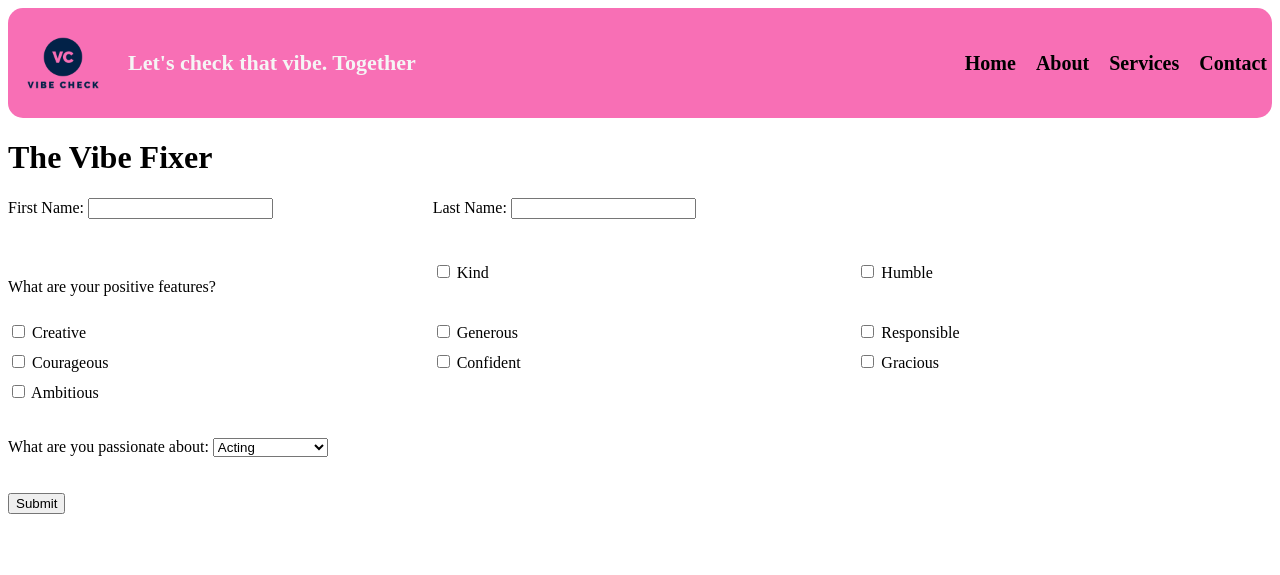
Repository: Chadloswald/Dis-Service
Page: docs/index.html
These files come from the project's save history. The page is drawn as it stood at one moment and after the next save; the edit follows.
The browser window is 1280 px wide. The pictures show the whole page.

Above is the page before, as saved 2023-05-02 10:57:23.

### docs/index.html
<!DOCTYPE html>
<html>
<head>
	<title>Dis-Service</title>
	<link rel="stylesheet" type="text/css" href="styles.css">
	<script src="scripts.js"></script>
</head>
<body>
	<header>
		<div class="logo">
		  <img src="logo.jpeg" alt="Logo">
		  <h1>Let's check that vibe. Together</h1>
		</div>
		<nav>
		  <ul>
			<li><a href="#">Home</a></li>
			<li><a href="#">About</a></li>
			<li><a href="#">Services</a></li>
			<li><a href="#">Contact</a></li>
		  </ul>
		</nav>
	  </header>
	<h1>The Vibe Fixer</h1>

	<form>
	<div id="checkbox-grid">
		<label>
			First Name:
			<input type="text" name="firstname" id="firstname">
		</label>
		<label>
			Last Name:
			<input type="text" name="lastname" id="lastname">
		</label>
		<br><br><br>
		<!-- ----------------------------------------- -->
		<p>What are your positive features?</p>
		<label>
			<input type="checkbox" name="option1" value="cruel">
			Kind
		</label>
		<label>
			<input type="checkbox" name="option2" value="arrogant">
			Humble
		</label>
		<label>
			<input type="checkbox" name="option3" value="mundane">
			Creative
		</label>
		<label>
			<input type="checkbox" name="option4" value="greedy">
			Generous
		</label>
		<label>
			<input type="checkbox" name="option5" value="irressponsible">
			Responsible
		</label>
		<label>
			<input type="checkbox" name="option6" value="cowardly">
			Courageous
		</label>
		<label>
			<input type="checkbox" name="option7"value="insecure">
			Confident
		</label>
		<label>
			<input type="checkbox" name="option8" value="ungrateful">
			Gracious
		</label>
		<label>
			<input type="checkbox" name="option9" value="apathetic">
			Ambitious
		</label>
	</div>
	<br><br>
		<!-- ------------------------------------------------- -->
		<label>
			What are you passionate about:
			<select id="dropdown">
				<option value="you on stage makes Kristen Stewart's performance in Twilight look Oscar worthy">Acting</option>
				<option value="we checked your chart and your big three are all in ugly">Astrology</option>
				<option value="the next time you get our your telescope I'm going to shine a flashlight right down the tube">Astronomy</option>
				<option value="that bottom is so soggy that Paul Hollywood would never shake your hand">Baking</option>
				<option value="I'm sure your 12 followers are just riveted">Blogging</option>
				<option value="option5">Calligraphy</option>
				<option value="option6">Ceramics</option>
				<option value="option7">Chess</option>
				<option value="option8">Collecting</option>
				<option value="it's called salt! Try using it sometime">Cooking</option>
				<option value="option10">Dancing</option>
				<option value="option10">Drawing</option>
				<option value="option10">Film-making</option>
				<option value="option10">Gardening</option>
				<option value="option10">Hiking</option>
				<option value="option10">Jewelry-making</option>
				<option value="option10">Knitting</option>
				<option value="option10">Meditation</option>
				<option value="option10">Music</option>
				<option value="option10">Painting</option>
				<option value="option10">Photography</option>
				<option value="option10">Playing sports</option>
				<option value="option10">Pottery</option>
				<option value="option10">Reading</option>
				<option value="option10">Running</option>
				<option value="option10">Singing</option>
				<option value="option10">Traveling</option>
				<option value="option10">Volunteering</option>
				<option value="option10">Woodworking</option>
				<option value="option10">Writing</option>
				<option value="option10">Yoga</option>
			</select>
		</label>
		<br><br>
		<input type="submit" value="Submit" onclick="displayMessage()">
	</form>
</body>
</html>

### docs/styles.css
label {
	display: block;
}

#checkbox-grid {
	display: grid;
	grid-template-columns: repeat(3, 1fr);
	grid-gap: 10px;
  }

  #checkbox-grid label {
	display: block;
  }

  header {
	background-color: #f86fb5;
	color: whitesmoke;
	display: flex;
	justify-content: space-between;
	align-items: center;
	padding: 5px;
	border-radius: 15px;
  }

  header h1 {
	font-size: 22px;
  }

  .logo {
	display: flex;
	align-items: center;
  }

  .logo img {
	height: 100px;
	margin-right: 15px;
  }

  nav ul {
	display: flex;
	list-style: none;
  }

  nav li {
	margin-left: 20px;
  }

  nav a {
	color: black;
	text-decoration: none;
	font-weight: bold;
	font-size: 20px;
  }

### docs/scripts.js
function displayMessage() {
	// get the values of the input fields
	var firstname = document.getElementById("firstname").value;
	var lastname = document.getElementById("lastname").value;

	// get the values of the selected checkboxes
	var checkboxes = document.querySelectorAll('input[type="checkbox"]:checked');
	var selected = [];
	for (var i = 0; i < checkboxes.length; i++) {
		selected.push(checkboxes[i].value);
	}

	// get the value of the selected option in the dropdown menu
	var dropdown = document.getElementById("dropdown");
	var selectedOption = dropdown.options[dropdown.selectedIndex].value;

	// create an array of names
	var names = ["Smellward", "Poopington", "Fartsman", "Cheesewick", "McLoser", "Hoobitoob", "Cramsworth", "Plooperbum", "Frimblebim", "Feebrizz"];

	// randomly select two names from the array
	var randomIndex1 = Math.floor(Math.random() * names.length);
	var randomIndex2 = Math.floor(Math.random() * names.length);
	while (randomIndex1 === randomIndex2) {
		randomIndex2 = Math.floor(Math.random() * names.length);
	}
	var randomName1 = names[randomIndex1];
	var randomName2 = names[randomIndex2];

	// construct the message
	var message = "Hey " + firstname + " " + lastname + "! Here's a message to cheer you up! You are an " + selected.join(", ") + " little jerk, and " + selectedOption + ". \nYou have lost the right to use the name " + firstname + " " + lastname + ", you nerd. You will be henceforth known as " + randomName1 + " " + randomName2 + ". May shame follow your family for 1000 years.";

	// display the message in an alert box
	alert(message);
}

After the next save:
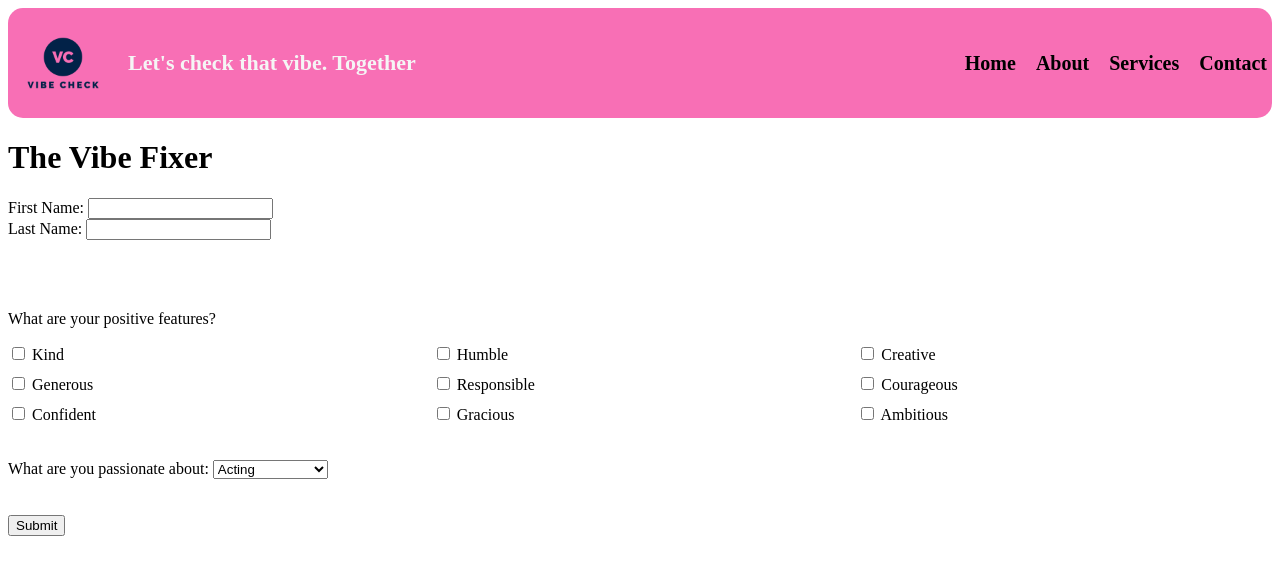
Saved 64 s later.
--- a/docs/index.html
+++ b/docs/index.html
@@ -23,7 +23,7 @@
 	<h1>The Vibe Fixer</h1>
 
 	<form>
-	<div id="checkbox-grid">
+
 		<label>
 			First Name:
 			<input type="text" name="firstname" id="firstname">
@@ -35,6 +35,7 @@
 		<br><br><br>
 		<!-- ----------------------------------------- -->
 		<p>What are your positive features?</p>
+		<div id="checkbox-grid">
 		<label>
 			<input type="checkbox" name="option1" value="cruel">
 			Kind
